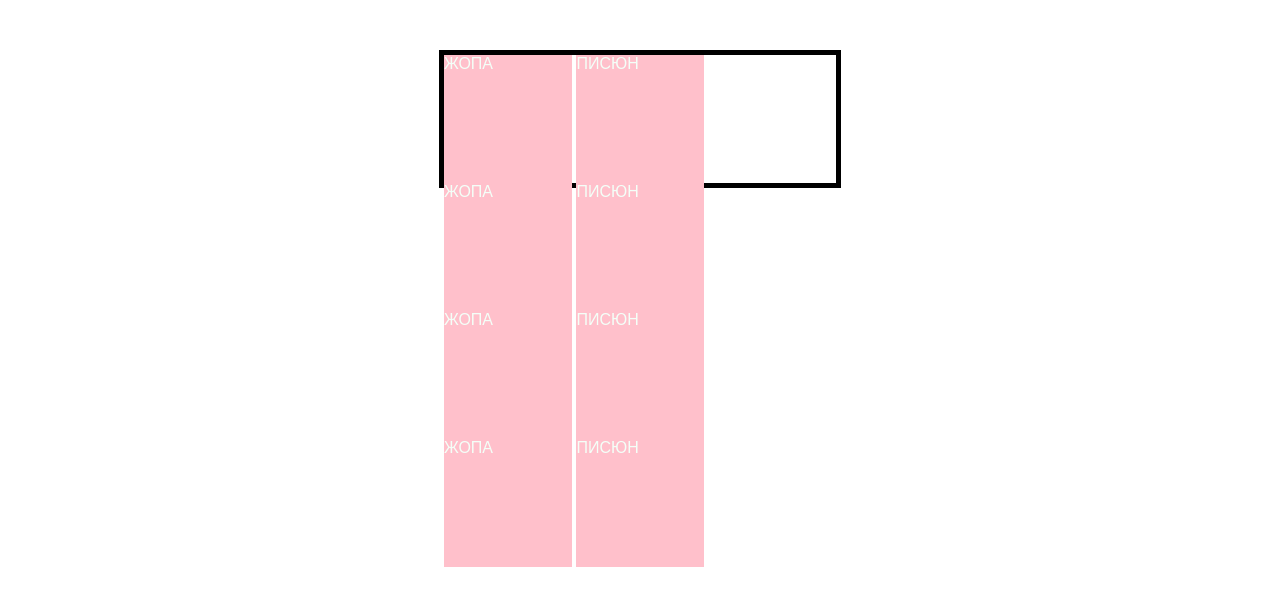
Repository: RobinKite/web_core_hws
Page: projects/slider.html
The author's editor kept a copy of each file at every save. The page is drawn from the files as they stood at one save, then again after the next save.
The browser window is 1280 px wide. The pictures show the whole page.

Above is the page before, as saved 2020-04-07 20:37:52.
Console error: TypeError: Cannot set properties of null (setting 'onclick')

### projects/slider.html
<!DOCTYPE html>
<html lang="en">

<head>
    <meta charset="UTF-8">
    <meta name="viewport" content="width=device-width, initial-scale=1.0">
    <script src="scripts/main.js" defer></script>
    <link href="styles/style.css" rel="stylesheet">

    <title>Document</title>
</head>

<body>
    <div id="slider">
        <div class="line">
            <div class="line-item">ЖОПА</div>
            <div class="line-item">ПИСЮН</div>
            <div class="line-item">ЖОПА</div>
            <div class="line-item">ПИСЮН</div>
            <div class="line-item">ЖОПА</div>
            <div class="line-item">ПИСЮН</div>
            <div class="line-item">ЖОПА</div>
            <div class="line-item">ПИСЮН</div>
        </div>
    </div>
</body>

</html>

### projects/scripts/main.js
document.getElementById('slider-left').onclick = sliderLeft;

function sliderLeft() {
    var album_list = document.getElementById('album-list');
    album_list.style.left = -128 + 'px';
}

### projects/styles/style.css
* {
    box-sizing: border-box;
    padding: 0;
    margin: 0;
    /* outline: 1px solid #171523; */
}

*,
*::before,
*::after {
    box-sizing: inherit;
}

img {
    display: block;
    max-width: 100%;
    object-fit: cover;
}

body,
a,
.submenu button {
    font-family: sans-serif;
    color: #f4fff8;
}

.container {
    width: 1000px;
    margin: 0 auto;
}

header {
    top: 0;
}

footer {
    bottom: 0;
}

header,
footer {
    position: fixed;
    width: 100%;
    background-color: #171523;
    z-index: 1;
}

a {
    text-decoration: none;
}

ul {
    list-style-type: none;
}


/* *** */

.menu {
    position: relative;
}

.submenu {
    padding: 16px;
    display: none;
    position: absolute;
    background-color: #171523;
}

.menu:hover>.submenu {
    display: block;
}

.submenu-item:hover {
    background-color: rgb(151, 66, 71);
}

.submenu-item {
    padding: 4px 8px;
    white-space: nowrap;
}

.submenu-item:not(:last-child) {
    margin-bottom: 16px;
}

.submenu button {
    cursor: pointer;
    background-color: transparent;
    border: none;
}


/* *** */

.header-nav,
.footer-nav {
    height: 50px;
    display: flex;
    justify-content: space-between;
    align-items: center;
}

.header-list {
    display: flex;
    justify-content: space-between;
    align-items: center;
}

.header-item>a {
    display: block;
    width: 25px;
    height: 25px;
    background-repeat: no-repeat;
    background-position: center;
    background-size: contain;
}

.header-item:not(:last-child) {
    margin-right: 20px;
}

.shop-icon {
    background-image: url(../img/icons/shopping-cart.png);
}

.home-icon {
    background-image: url(../img/icons/open-menu.png);
}

section {
    height: calc(100vh - 0px);
    display: flex;
    align-items: center;
}

section .container {
    display: flex;
    align-items: flex-end;
}

.first-column {
    flex-basis: 500px;
}

.second-column {
    margin-left: 50px;
    flex-basis: 450px;
}

p,
a {
    line-height: 26px;
    font-size: 15px;
}

.site-logo,
.button,
.shop-cost,
.shop-details,
.button a,
.album-name,
h3,
h2 {
    font-family: 'Archivo Black', sans-serif;
    text-transform: uppercase;
}

.site-logo {
    font-size: 30px;
}

h2 {
    line-height: 38px;
    font-size: 20px;
    margin-bottom: 20px;
}

h2::after {
    display: block;
    width: 80px;
    height: 3px;
    content: "";
    background-color: rgb(244, 255, 248);
    border-radius: 5px;
}

h3 {
    line-height: 60px;
    font-size: 60px;
    margin-bottom: 50px;
}

.button {
    text-align: center;
    display: block;
    width: 220px;
    padding: 6px 0;
    border: 2px solid #f4fff8;
    cursor: pointer;
}

.button:active,
.icon:active,
span:active {
    transform: scale(0.9, 0.9);
}

.button:active {
    background-color: #f4fff8;
}

.button:active>a {
    color: #171523;
}

.track-list {
    display: flex;
    justify-content: space-between;
    padding-right: 115px;
}

.track-list li:hover a,
.track-list li:hover {
    cursor: pointer;
    color: rgb(151, 66, 71);
}

.third-page .second-column {
    margin-top: 80px;
    margin-bottom: 0;
    align-self: center;
}

ol {
    list-style-type: decimal;
    margin-left: 18px;
}

ol li {
    padding-left: 25px;
}

.second-page p {
    width: 95%;
}

.second-page .second-column {
    position: relative;
    margin-bottom: 80px;
}

.album-list {
    position: absolute;
    display: flex;
}

.album-item {
    opacity: 0.5;
    text-align: center;
    border: 1px solid #f4fff8;
    width: 220px;
    height: 145px;
    display: flex;
    flex-direction: column;
    justify-content: space-around;
    align-items: center;
}

.album-item:first-child {
    opacity: 1;
}

.album-name {
    font-size: 22px;
}

.links {
    width: 100%;
    display: flex;
    justify-content: space-around;
    align-items: center;
}

.links>a::before {
    margin-right: 8px;
    content: "";
    width: 20px;
    height: 20px;
    background-repeat: no-repeat;
    background-position: center;
    background-size: contain;
}

.itunes,
.spotify {
    display: flex;
    align-items: center;
}

.itunes::before {
    background-image: url(../img/icons/itunes.png);
}

.spotify::before {
    background-image: url(../img/icons/spotify-sketch.png);
}

.indicators {
    display: flex;
    flex-wrap: nowrap;
}

.indicators span {
    border: 1px solid transparent;
    border-radius: 15px;
    padding: 8px;
    display: flex;
    align-items: flex-start;
    font-size: 18px;
    cursor: pointer;
    margin-right: 40px;
    margin-bottom: 35px;
}

.indicators span::before {
    display: inline-block;
    margin-right: 16px;
    content: "";
    width: 20px;
    height: 20px;
    background-repeat: no-repeat;
    background-position: center;
    background-size: contain;
}

.likes::before {
    background-image: url(../img/icons/heart.png);
}

.share::before {
    background-image: url(../img/icons/share.png);
}

.indicators span:hover {
    border: 1px solid #f4fff8;
}

.shop-cost {
    font-size: 24px;
    margin-bottom: 25px;
}

.shop-details {
    font-size: 22px;
    margin-bottom: 15px;
}

.shop-details~p {
    margin-bottom: 25px;
}

.first-page {
    background: linear-gradient(-90deg, rgba(151, 66, 71, 0.8), rgba(35, 44, 61, 0.8)), url(../img/1.jpg);
    background-repeat: no-repeat;
    background-position: center;
    background-size: cover;
}

.second-page {
    position: relative;
    z-index: -2;
    background: linear-gradient(90deg, rgba(151, 66, 71, 0.8), rgba(35, 44, 61, 0.8)), url(../img/2.jpg);
    background-repeat: no-repeat;
    background-position: center;
    background-attachment: fixed;
    background-size: cover;
}

.second-page::after {
    position: absolute;
    content: '';
    z-index: -1;
    width: 50%;
    height: 100%;
    background: linear-gradient(-90deg, rgba(151, 66, 71, 0.4), rgba(35, 44, 61, 1));
}

.third-page {
    background: linear-gradient(-90deg, rgba(151, 66, 71, 0.8), rgba(35, 44, 61, 0.8)), url(../img/3.jpg);
    background-repeat: no-repeat;
    background-position: center;
    background-size: cover;
}

.forth-page {
    background: linear-gradient(90deg, rgba(151, 66, 71, 0.95), rgba(35, 44, 61, 0.95)), url(../img/131061.jpg);
    background-repeat: no-repeat;
    background-position: left;
    background-size: cover;
}

.footer-list,
.footer-list-policy {
    display: flex;
    justify-content: space-between;
    align-items: center;
}

.footer-list {
    width: 220px;
}

.footer-list-policy {
    width: 360px;
}

.footer-list a {
    display: block;
    width: 20px;
    height: 20px;
    background-repeat: no-repeat;
    background-position: center;
    background-size: contain;
}

.twitter-icon {
    background-image: url(../img/icons/twitter.png);
}

.facebook-icon {
    background-image: url(../img/icons/facebook.png);
}

.instagram-icon {
    background-image: url(../img/icons/instagram.png);
}

.soundcloud-icon {
    background-image: url(../img/icons/soundcloud.png);
}

.spotify-icon {
    background-image: url(../img/icons/spotify-sketch.png);
}

.youtube-icon {
    background-image: url(../img/icons/youtube.png);
}


/* *** */

.test {
    display: flex;
    flex-direction: column;
}

.item-opened {
    display: flex;
    width: 100%;
    align-items: center;
    justify-content: space-around;
    margin-bottom: 50px;
}

.mySlides {
    display: none;
}

.cursor {
    cursor: pointer;
}

.prev,
.next {
    cursor: pointer;
    width: 10px;
    padding: 10px;
    font-weight: bold;
    font-size: 20px;
    border-radius: 10%;
    user-select: none;
    -webkit-user-select: none;
}

.prev:hover,
.next:hover {
    background-color: #171523;
}

.row {
    width: 100%;
    display: flex;
}

.column {
    padding: 0 20px;
    border: 2px solid #f4fff8;
    width: 33.3%;
}

.demo {
    opacity: 0.4;
}

.active,
.demo:hover {
    opacity: 1;
}


/* *** */

input[type=text],
input[type=password] {
    padding: 15px;
    margin: 5px 0 10px 0;
    display: block;
    border: none;
    border-radius: 3px;
}

input[type=text]:focus,
input[type=password]:focus {
    outline: none;
}

.modal-buttons {
    display: flex;
    justify-content: space-between;
}

form h4 {
    font-size: 20px;
}

form button {
    color: #f4fff8;
    background-color: rgb(66, 151, 70);
    padding: 14px 20px;
    margin: 8px 0;
    border: none;
    border-radius: 3px;
    cursor: pointer;
    width: 100%;
    opacity: 0.9;
}

form button:hover {
    opacity: 1;
}

.cancelbtn {
    background-color: rgb(151, 66, 71);
}

.cancelbtn,
.signupbtn {
    width: 40%;
}

.modal {
    display: none;
    position: fixed;
    z-index: 2;
    left: 0;
    top: 0;
    justify-content: center;
    align-items: center;
    width: 100%;
    height: 100%;
    overflow: auto;
    background-color: rgba(0, 0, 0, 0.8);
}

.modal-content {
    position: relative;
    border-radius: 5px;
    padding: 35px;
    background-color: rgb(35, 44, 61);
    width: 500px;
}

.modal-line::after {
    display: block;
    width: 80%;
    height: 3px;
    content: "";
    background-color: #f4fff8;
    border-radius: 5px;
    margin-bottom: 5px;
}

.close {
    position: absolute;
    right: 35px;
    top: 35px;
    font-size: 40px;
    line-height: 25px;
    font-weight: bold;
    color: #f4fff8;
}

.close:hover,
.close:focus {
    color: rgb(151, 66, 71);
    cursor: pointer;
}

@media screen and (max-width: 300px) {
    .cancelbtn,
    .signupbtn {
        width: 100%;
    }
}


/* ********************************************** */

#slider {
    width: 392px;
    height: 128px;
    border: 5px solid black;
    margin: 50px auto;
}

.line div {
    display: inline-block;
    background-color: pink;
    width: 128px;
    height: 128px;
}

After the next save:
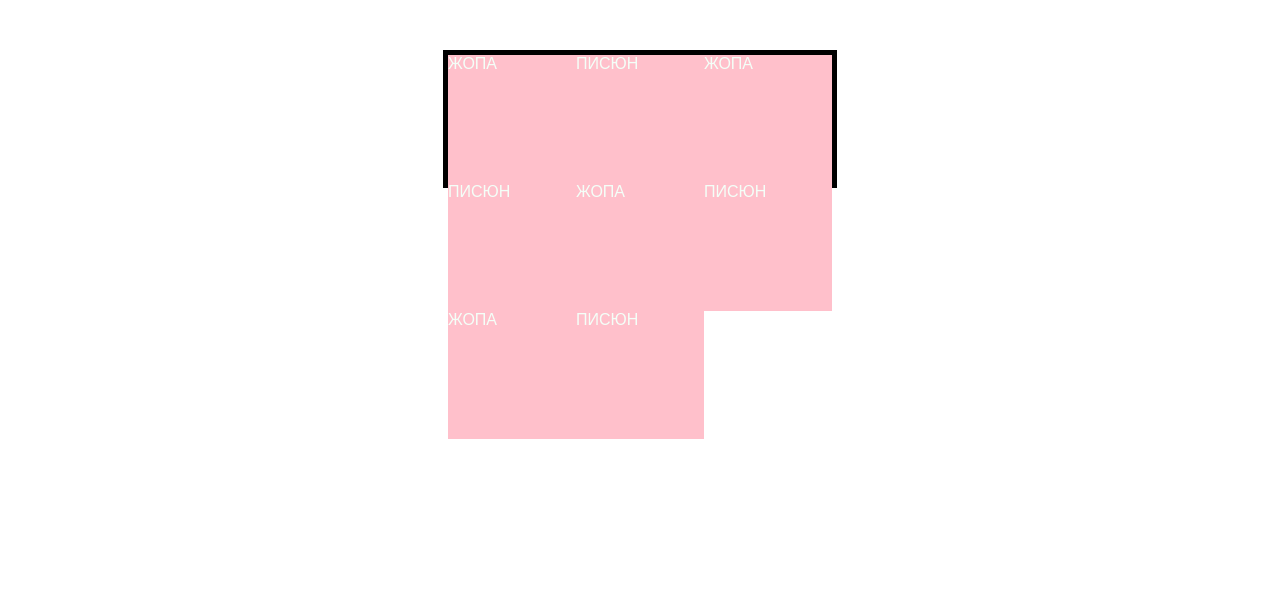
Saved 50 s later.
--- a/projects/styles/style.css
+++ b/projects/styles/style.css
@@ -619,7 +619,7 @@ form button:hover {
 /* ********************************************** */
 
 #slider {
-    width: 392px;
+    width: 384px;
     height: 128px;
     border: 5px solid black;
     margin: 50px auto;
@@ -627,6 +627,7 @@ form button:hover {
 
 .line div {
     display: inline-block;
+    float: left;
     background-color: pink;
     width: 128px;
     height: 128px;
